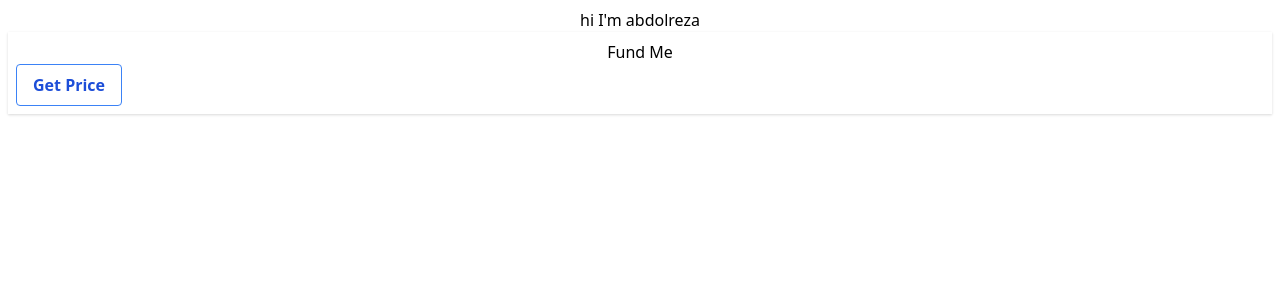
Repository: mavidev93/fund-me
Page: /
An editor plug-in stored every save of this project. The page is shown before and after the next save, followed by the edit.
The browser window is 1280 px wide. The pictures show the whole page.
The project was rebuilt for these pictures with package versions that can differ from the ones it lists, and the page was loaded fresh each time. Also part of the build but not shown: craco.config.js, src/App.css.

Above is the page before, as saved 2022-02-14 16:45:58.

After the next save:
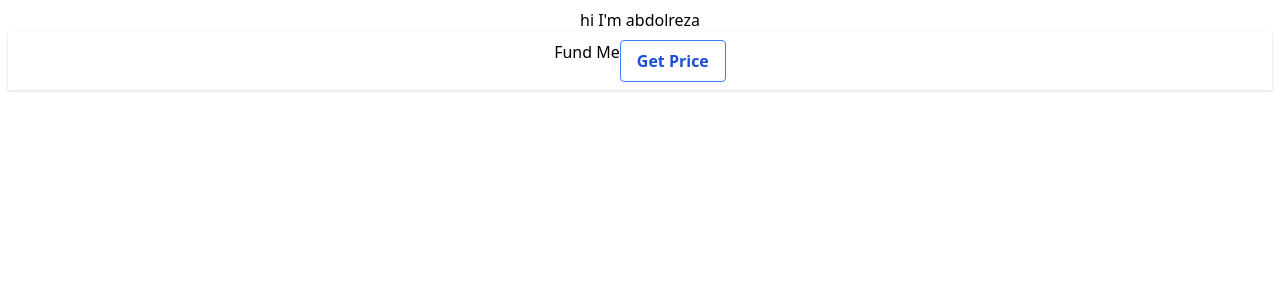
Saved 88 s later.
--- a/src/Components/FundmeInterface/FundMeInterface.tsx
+++ b/src/Components/FundmeInterface/FundMeInterface.tsx
@@ -10,15 +10,15 @@ declare let window: any;
 const fundMeAddress = "0x5FbDB2315678afecb367f032d93F642f64180aa3";
 
 function FundMeInterface() {
-
   //event handlers
-  const handleGetPrice = ()=>{
-
-  }
+  const handleGetPrice = () => {};
   return (
-    <div className="flex-row shadow p-2 justify-center ">
+    <div className="flex flex-row shadow p-2 justify-center ">
       <h2 className="text-center">Fund Me </h2>
-      <button className="capitalize bg-transparent hover:bg-blue-500 text-blue-700 font-semibold hover:text-white py-2 px-4 border border-blue-500 hover:border-transparent rounded" onClick={handleGetPrice}>
+      <button
+        className="capitalize bg-transparent hover:bg-blue-500 text-blue-700 font-semibold hover:text-white py-2 px-4 border border-blue-500 hover:border-transparent rounded"
+        onClick={handleGetPrice}
+      >
         get price
       </button>
     </div>
